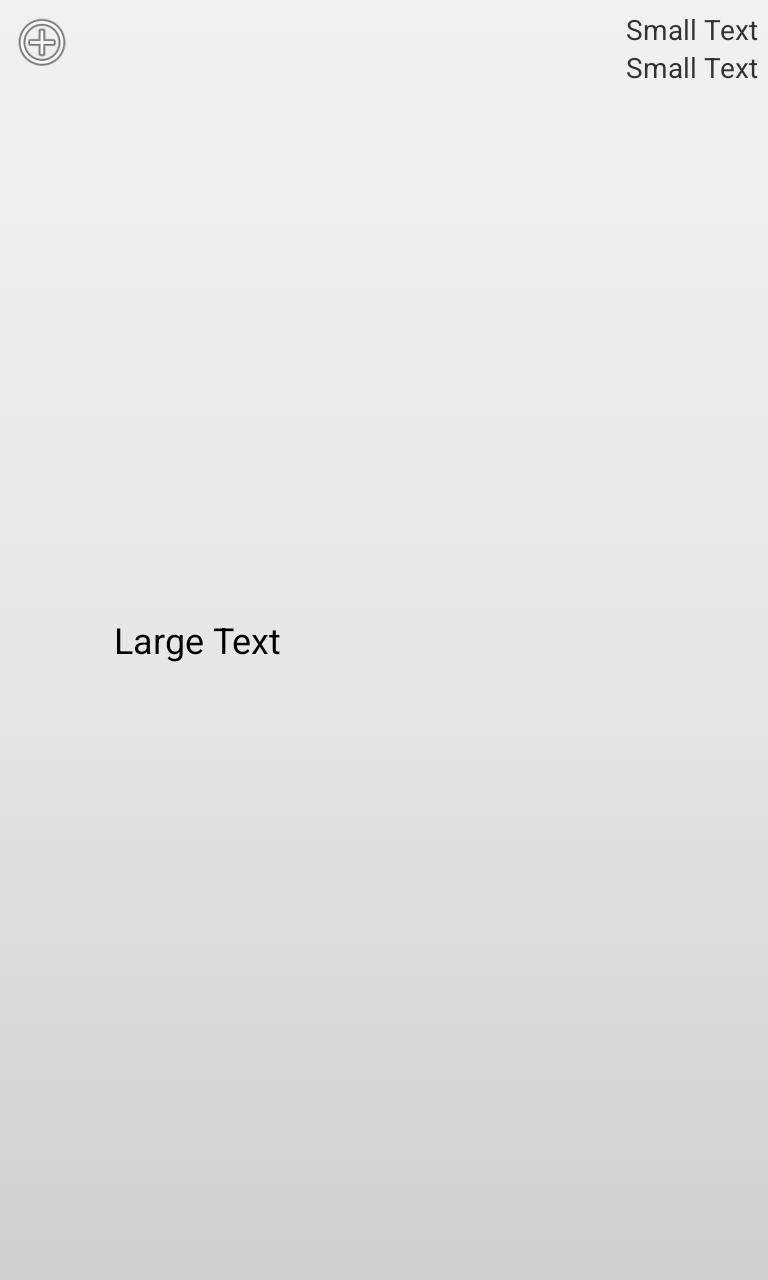
Repository: satyadarls/ToDo
Layout: ToDo/res/layout/list_row.xml
These files come from the project's save history. The layout is drawn as it stood at one moment and after the next save; the edit follows.
It is drawn on a 768 x 1280 px phone screen (xhdpi) without system bars, with theme AppTheme; the app's code is not run.

Above is the layout before, as saved 2014-07-07 17:31:40.

After the next save:
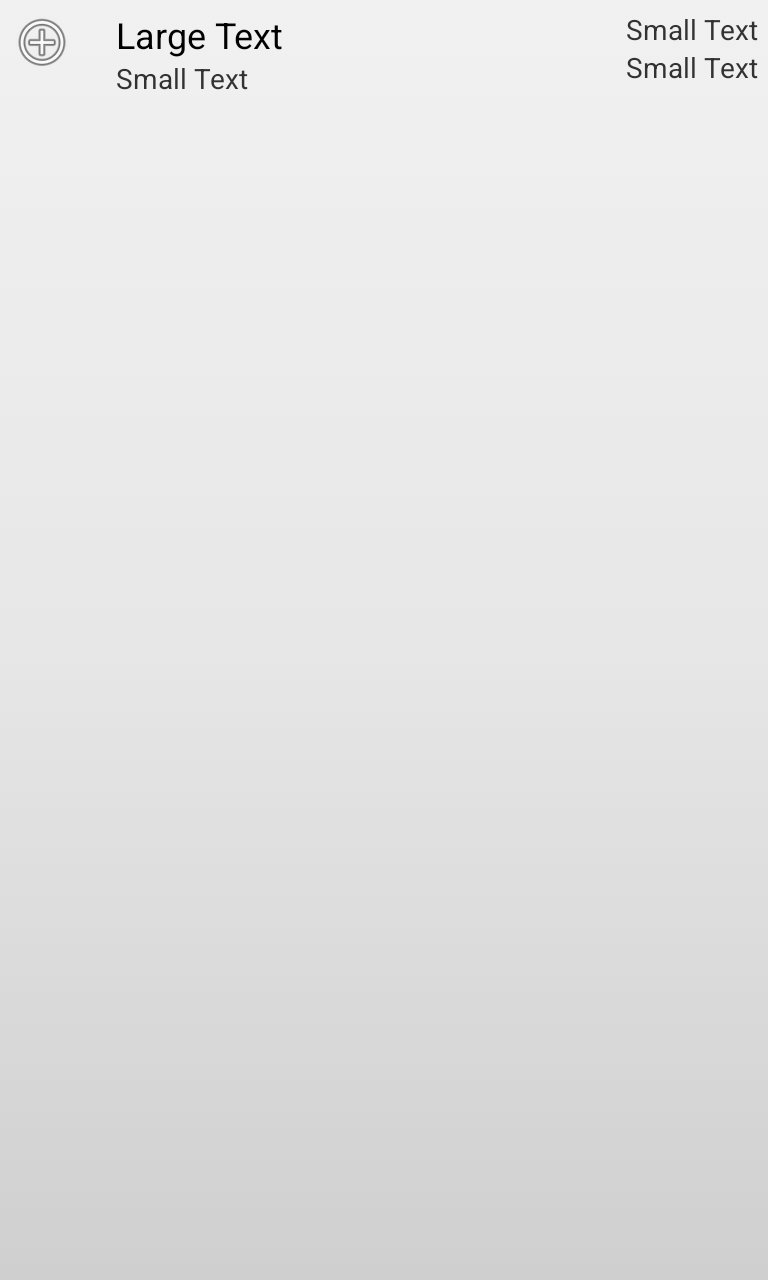
Saved 35 s later.
--- a/ToDo/res/layout/list_row.xml
+++ b/ToDo/res/layout/list_row.xml
@@ -23,16 +23,6 @@
         android:textAppearance="?android:attr/textAppearanceSmall" />
 
     <TextView
-        android:id="@+id/taskText"
-        android:layout_width="wrap_content"
-        android:layout_height="wrap_content"
-        android:layout_centerVertical="true"
-        android:layout_marginLeft="20dp"
-        android:layout_toRightOf="@+id/imageView1"
-        android:text="Large Text"
-        android:textAppearance="?android:attr/textAppearanceMedium" />
-
-    <TextView
         android:id="@+id/priorityText"
         android:layout_width="wrap_content"
         android:layout_height="wrap_content"
@@ -41,4 +31,23 @@
         android:text="Small Text"
         android:textAppearance="?android:attr/textAppearanceSmall" />
 
+    <TextView
+        android:id="@+id/taskText"
+        android:layout_width="wrap_content"
+        android:layout_height="wrap_content"
+        android:layout_alignTop="@+id/imageView1"
+        android:layout_marginLeft="21dp"
+        android:layout_toRightOf="@+id/imageView1"
+        android:text="Large Text"
+        android:textAppearance="?android:attr/textAppearanceMedium" />
+
+    <TextView
+        android:id="@+id/categoryText"
+        android:layout_width="wrap_content"
+        android:layout_height="wrap_content"
+        android:layout_alignLeft="@+id/taskText"
+        android:layout_below="@+id/taskText"
+        android:text="Small Text"
+        android:textAppearance="?android:attr/textAppearanceSmall" />
+
   </RelativeLayout>
